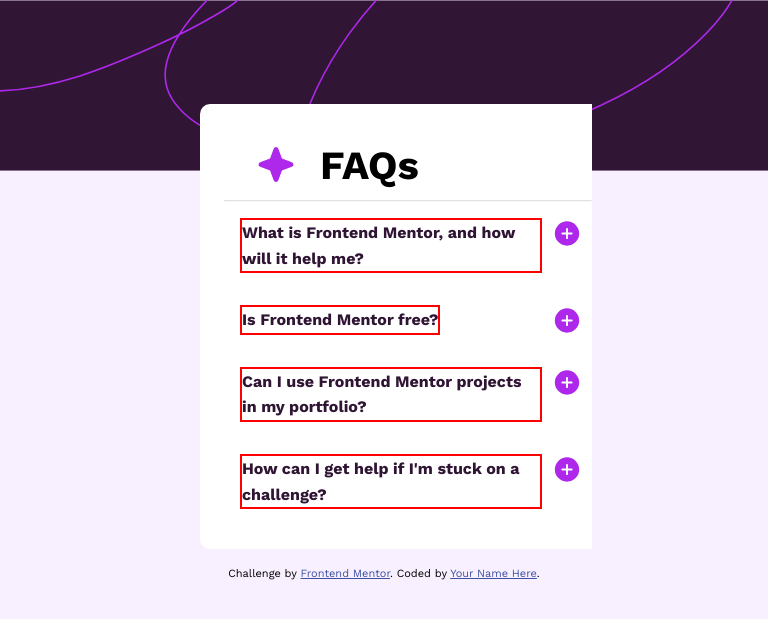
Repository: imokha01/accordion-main
Page: index.html
These files come from the project's save history. The page is drawn as it stood at one moment and after a run of saves; the edit follows.
The browser window is 768 px wide. The pictures show the whole page.

Above is the page before, as saved 2023-12-26 11:00:30.

After the next 4 saves:
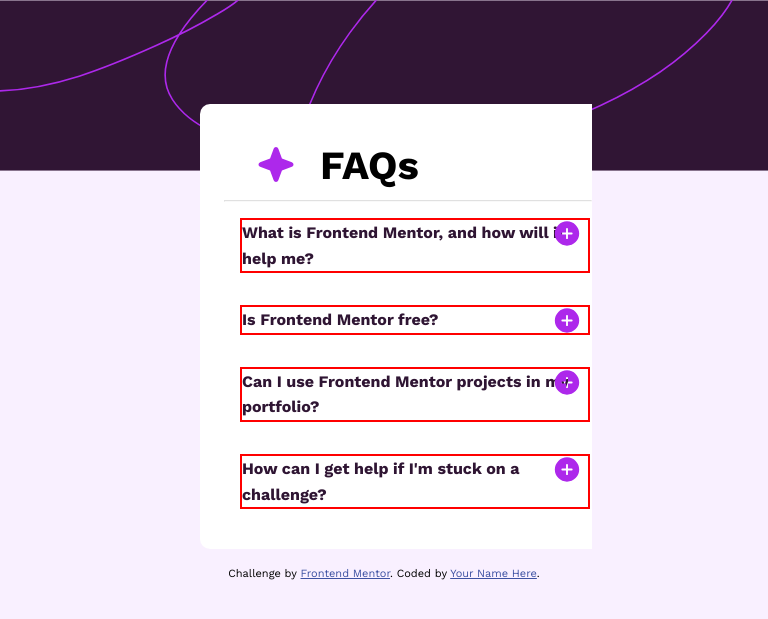
The 4 saves are shown as one change because they came seconds apart.
The last was saved 14 s later.
--- a/index.css
+++ b/index.css
@@ -139,6 +139,6 @@
 
     .title  p{
         border: 2px solid red;
-        min-width: 2px;
+        min-width: 1ore;
     }
 }

After the save that followed:
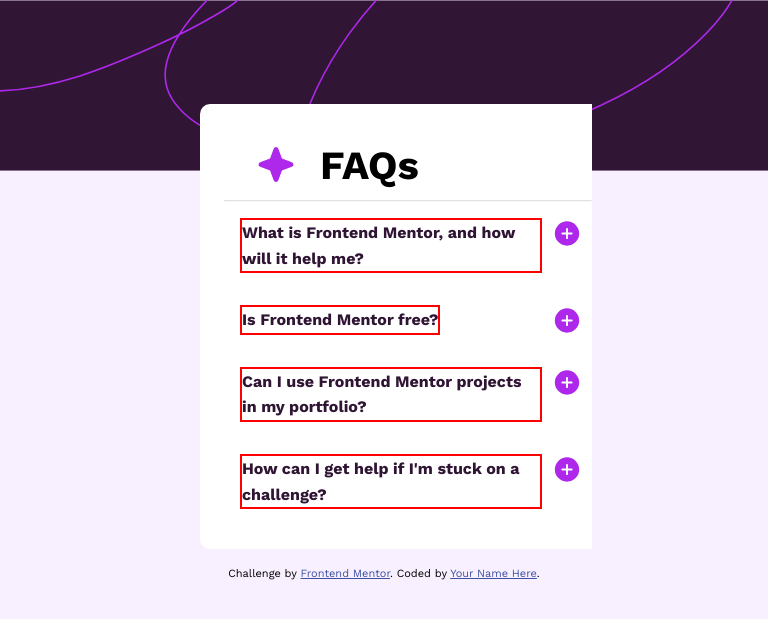
Saved 5 s later.
--- a/index.css
+++ b/index.css
@@ -139,6 +139,6 @@
 
     .title  p{
         border: 2px solid red;
-        min-width: 1ore;
+        min-width: 10rem;
     }
 }
